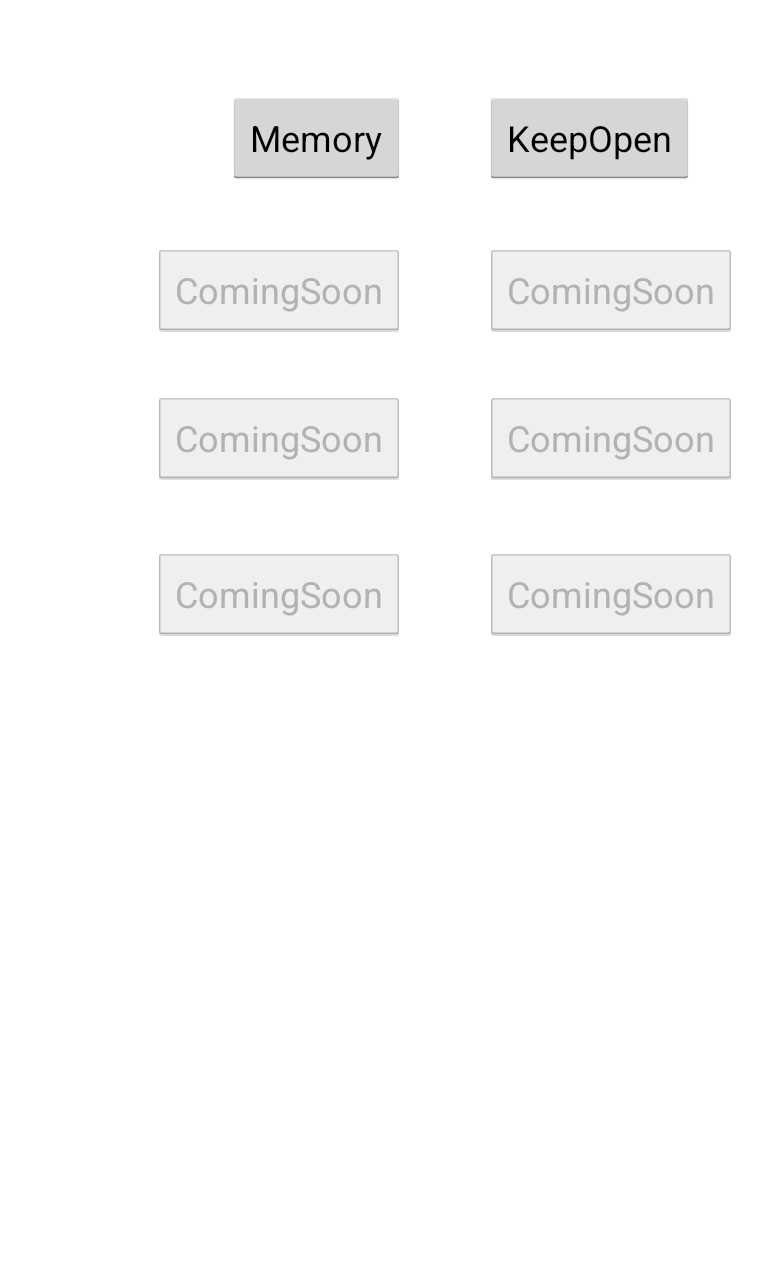
Repository: mpdehnel/seg
Layout: VectorOne/res/layout/activity_playground.xml
These files come from the project's save history. The layout is drawn as it stood at one moment and after the next save; the edit follows.
It is drawn on a 768 x 1280 px phone screen (xhdpi) without system bars, with theme AppTheme; the app's code is not run.

Above is the layout before, as saved 2013-03-13 22:47:51.

After the next save:
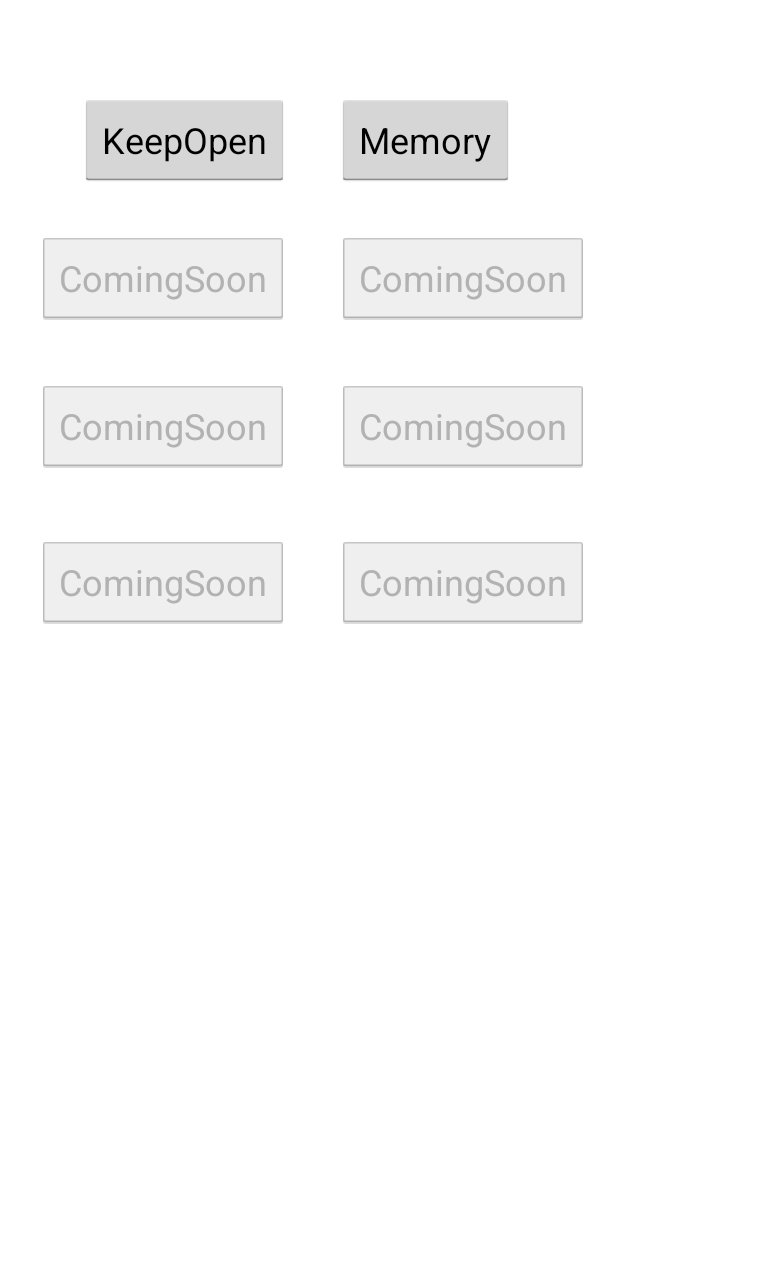
Saved 71 s later.
--- a/VectorOne/res/layout/activity_playground.xml
+++ b/VectorOne/res/layout/activity_playground.xml
@@ -3,46 +3,6 @@
     android:id="@+id/playground_layout"
     android:layout_width="match_parent"
     android:layout_height="match_parent" >
-
-    <Button
-        android:id="@+id/KeepOpen_button"
-        android:layout_width="wrap_content"
-        android:layout_height="wrap_content"
-        android:layout_alignParentRight="true"
-        android:layout_alignParentTop="true"
-        android:layout_marginRight="36dp"
-        android:layout_marginTop="45dp"
-        android:text="KeepOpen" />
-
-    <Button
-        android:id="@+id/memory_button"
-        android:layout_width="wrap_content"
-        android:layout_height="wrap_content"
-        android:layout_alignBaseline="@+id/KeepOpen_button"
-        android:layout_alignBottom="@+id/KeepOpen_button"
-        android:layout_marginRight="38dp"
-        android:layout_toLeftOf="@+id/KeepOpen_button"
-        android:text="Memory" />
-
-    <Button
-        android:id="@+id/ComingSoon1"
-        android:layout_width="wrap_content"
-        android:layout_height="wrap_content"
-        android:layout_alignRight="@+id/memory_button"
-        android:layout_below="@+id/memory_button"
-        android:layout_marginTop="28dp"
-        android:enabled="false"
-        android:text="ComingSoon" />
-
-    <Button
-        android:id="@+id/ComingSoon4"
-        android:layout_width="wrap_content"
-        android:layout_height="wrap_content"
-        android:layout_alignBaseline="@+id/ComingSoon1"
-        android:layout_alignBottom="@+id/ComingSoon1"
-        android:layout_toRightOf="@+id/memory_button"
-        android:enabled="false"
-        android:text="ComingSoon" />
 
     <Button
         android:id="@+id/ComingSoon2"
@@ -65,12 +25,41 @@
         android:text="ComingSoon" />
 
     <Button
-        android:id="@+id/ComingSoon6"
+        android:id="@+id/KeepOpen_button"
         android:layout_width="wrap_content"
         android:layout_height="wrap_content"
-        android:layout_alignBaseline="@+id/ComingSoon5"
-        android:layout_alignBottom="@+id/ComingSoon5"
-        android:layout_toRightOf="@+id/memory_button"
+        android:layout_alignParentLeft="true"
+        android:layout_alignParentTop="true"
+        android:layout_marginLeft="39dp"
+        android:layout_marginTop="46dp"
+        android:text="KeepOpen" />
+
+    <Button
+        android:id="@+id/memory_button"
+        android:layout_width="wrap_content"
+        android:layout_height="wrap_content"
+        android:layout_alignBaseline="@+id/KeepOpen_button"
+        android:layout_alignBottom="@+id/KeepOpen_button"
+        android:layout_marginLeft="22dp"
+        android:layout_toRightOf="@+id/KeepOpen_button"
+        android:text="Memory" />
+
+    <Button
+        android:id="@+id/ComingSoon1"
+        android:layout_width="wrap_content"
+        android:layout_height="wrap_content"
+        android:layout_below="@+id/KeepOpen_button"
+        android:layout_marginTop="21dp"
+        android:layout_toLeftOf="@+id/memory_button"
+        android:enabled="false"
+        android:text="ComingSoon" />
+
+    <Button
+        android:id="@+id/ComingSoon4"
+        android:layout_width="wrap_content"
+        android:layout_height="wrap_content"
+        android:layout_alignLeft="@+id/memory_button"
+        android:layout_alignTop="@+id/ComingSoon1"
         android:enabled="false"
         android:text="ComingSoon" />
 
@@ -78,8 +67,17 @@
         android:id="@+id/ComingSoon3"
         android:layout_width="wrap_content"
         android:layout_height="wrap_content"
-        android:layout_above="@+id/ComingSoon5"
-        android:layout_toRightOf="@+id/memory_button"
+        android:layout_alignLeft="@+id/ComingSoon4"
+        android:layout_alignTop="@+id/ComingSoon2"
+        android:enabled="false"
+        android:text="ComingSoon" />
+
+    <Button
+        android:id="@+id/ComingSoon6"
+        android:layout_width="wrap_content"
+        android:layout_height="wrap_content"
+        android:layout_alignLeft="@+id/ComingSoon3"
+        android:layout_alignTop="@+id/ComingSoon5"
         android:enabled="false"
         android:text="ComingSoon" />
 
